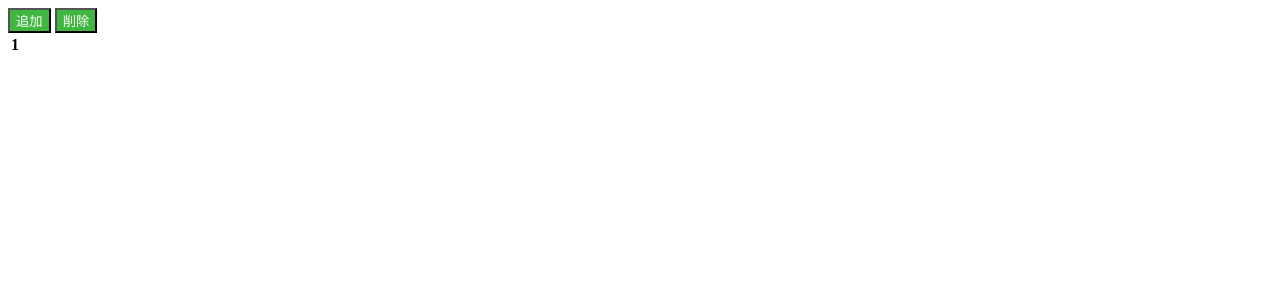
Repository: nathox/backup
Page: http://localhost/Favorite/j.jsp
The author's editor kept a copy of each file at every save. The page is drawn from the files as they stood at one save, then again after the next save.
The browser window is 1280 px wide. The pictures show the whole page.
Some web libraries are served in a nearby version. The page is served by Tomcat 9. Other server files are loaded and not shown.

Above is the page before, as saved 2018-02-06 02:23:56.

### Favorite/WebContent/j.jsp
<%@ page language="java" contentType="text/html; charset=UTF-8"
    pageEncoding="UTF-8"%>
<!DOCTYPE html PUBLIC "-//W3C//DTD HTML 4.01 Transitional//EN" "http://www.w3.org/TR/html4/loose.dtd">
<html>
<head>
<meta http-equiv="Content-Type" content="text/html; charset=UTF-8">
<title>Insert title here</title>
</head>
<body>


<style>
.btn{color: #ffffff; background-color: #40b740;}
</style>
<script src="http://ajax.googleapis.com/ajax/libs/jquery/1.12.4/jquery.min.js"></script>
<script>
$(function(){
  var cnt=0;
  $('#add').on('click',function(){
    $('#sample_table').append(
      $('<tr>').append(
        $('<td>').append($('<input>').attr({type:"checkbox",name:"checkbox"}).val(++cnt)).append(cnt),
        $('<td>').text('商品2'),
        $('<td>').text('商品3'),
        $('<td>').text('商品4'),
        $('<td>').text('商品5'),
        $('<td>').text('商品6'),
        $('<td>').text('商品7')
        )
      );
  });
  $('#del').on("click", function() {
    $('#sample_table tr').has('input[type=checkbox]:checked').remove();
  });
});

</script>

<button type="button" id="add" name="sampleadd" class="btn  margin-bottom">追加</button>
<button type="button" id="del" name="sampledel" class="btn  margin-bottom">削除</button>

<table class="demo" id="demo1">
<thead>
<tr>
<th>1</th>


</thead>
<tbody id="sample_table">





</table>

</body>
</html>

After the next save:
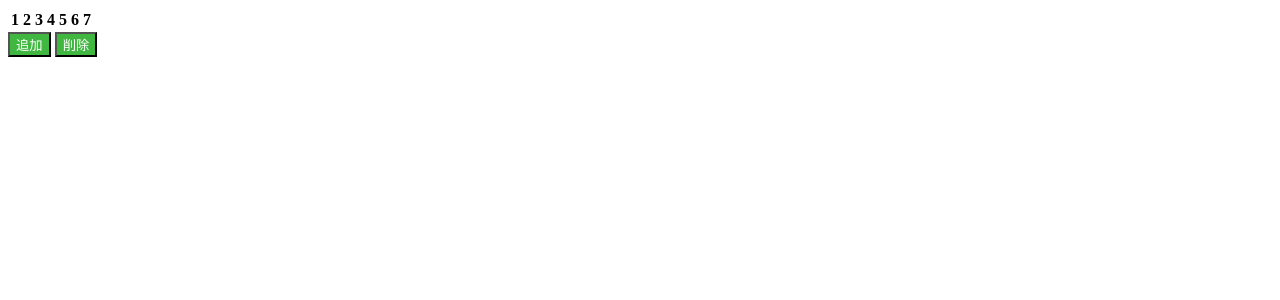
Saved 59 s later.
--- a/Favorite/WebContent/j.jsp
+++ b/Favorite/WebContent/j.jsp
@@ -9,50 +9,35 @@
 <body>
 
 
-<style>
-.btn{color: #ffffff; background-color: #40b740;}
-</style>
-<script src="http://ajax.googleapis.com/ajax/libs/jquery/1.12.4/jquery.min.js"></script>
+<html>
+<head>
+<meta charset="utf-8">
+<script src="http://code.jquery.com/jquery-1.7.2.min.js"></script>
 <script>
 $(function(){
-  var cnt=0;
-  $('#add').on('click',function(){
-    $('#sample_table').append(
-      $('<tr>').append(
-        $('<td>').append($('<input>').attr({type:"checkbox",name:"checkbox"}).val(++cnt)).append(cnt),
-        $('<td>').text('商品2'),
-        $('<td>').text('商品3'),
-        $('<td>').text('商品4'),
-        $('<td>').text('商品5'),
-        $('<td>').text('商品6'),
-        $('<td>').text('商品7')
-        )
-      );
-  });
-  $('#del').on("click", function() {
-    $('#sample_table tr').has('input[type=checkbox]:checked').remove();
-  });
+    $('#add').on("click", function() {
+        var tr = '<tr><td><input type="checkbox" name="checkbox" value="' + "val" + '"></td><td>' + "val" + '</td><td>' + "resuto21" + '</td><td>' + "tesuto3" + '</td><td>' + "tesuto4" + '</td><td>' + "tesuto5" + '</td><td>' + "val" + '</td></tr>';
+        $('#sample_table').append(tr);
+    });
+
+    $('#del').on("click", function() {
+        $('#sample_table input[type=checkbox]:checked').each(function() {
+            $(this).closest('tr').remove();
+        });
+    });
 });
+</script>
+</head>
+<body>
 
-</script>
+<table id="sample_table" class="demo">
+<tr><th>1</th><th>2</th><th>3</th><th>4</th><th>5</th><th>6</th><th>7</th></tr>
+</table>
 
-<button type="button" id="add" name="sampleadd" class="btn  margin-bottom">追加</button>
-<button type="button" id="del" name="sampledel" class="btn  margin-bottom">削除</button>
-
-<table class="demo" id="demo1">
-<thead>
-<tr>
-<th>1</th>
-
-
-</thead>
-<tbody id="sample_table">
-
-
-
-
-
-</table>
+<button type="button" id="add" name="sampleadd" class="btn  margin-bottom" style="color: #ffffff; background-color: #40b740;">追加</button>
+<button type="button" id="del" name="sampledel" class="btn  margin-bottom" style="color: #ffffff; background-color: #40b740;">削除</button>
 
 </body>
 </html>
+</body>
+</html>
